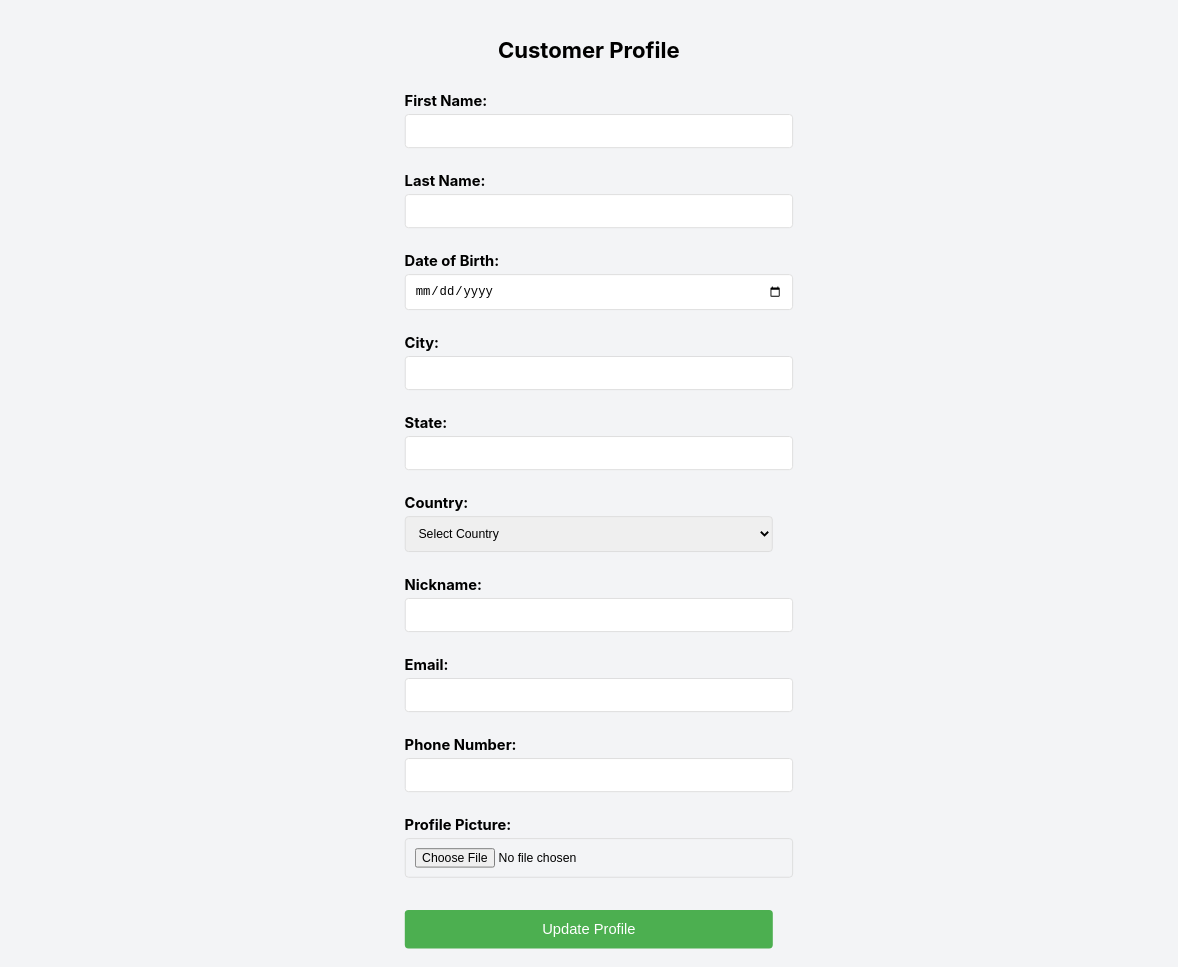
Repository: hamsaram14/dummy4
Page: /profile (app in frontend1/)
An editor plug-in stored every save of this project. The page is shown before and after a run of saves, followed by the edit.
The browser window is 1280 px wide. The pictures show the whole page, at 92% of full size.
The page's requests for data from a server got no answer. The project was rebuilt for these pictures with package versions that can differ from the ones it lists, and the page was loaded fresh each time. No one was signed in, and anything a server would have sent is missing.

Above is the page before, as saved 2024-10-11 22:22:04.

After the next 2 saves:
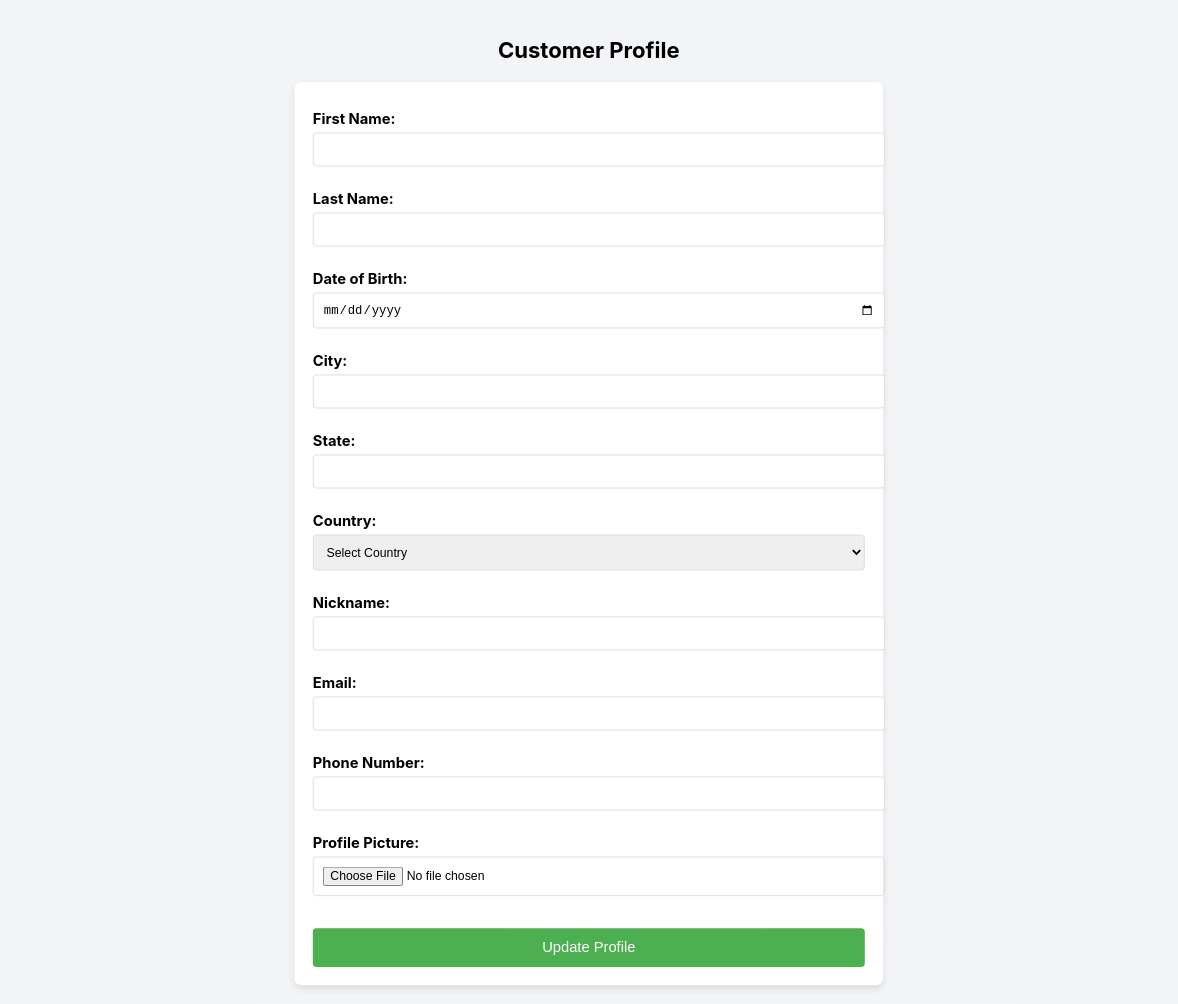
The 2 saves are shown as one change because they came seconds apart.
The last was saved 2 min 23 s later.
--- a/frontend1/src/components/ProfilePage.js
+++ b/frontend1/src/components/ProfilePage.js
@@ -70,88 +70,94 @@
         <div className="profile-page">
             <h2>Customer Profile</h2>
             {message && <p className="message">{message}</p>}
-            <form onSubmit={handleSubmit}>
-                <label>First Name:</label>
-                <input
-                    type="text"
-                    name="first_name"
-                    value={profile.first_name}
-                    onChange={handleChange}
-                />
+            <div className="profile-container">
+                <form onSubmit={handleSubmit}>
+                    <label>First Name:</label>
+                    <input
+                        type="text"
+                        name="first_name"
+                        value={profile.first_name || ''}
+                        onChange={handleChange}
+                    />
 
-                <label>Last Name:</label>
-                <input
-                    type="text"
-                    name="last_name"
-                    value={profile.last_name}
-                    onChange={handleChange}
-                />
+                    <label>Last Name:</label>
+                    <input
+                        type="text"
+                        name="last_name"
+                        value={profile.last_name || ''}
+                        onChange={handleChange}
+                    />
 
-                <label>Date of Birth:</label>
-                <input
-                    type="date"
-                    name="date_of_birth"
-                    value={profile.date_of_birth}
-                    onChange={handleChange}
-                />
+                    <label>Date of Birth:</label>
+                    <input
+                        type="date"
+                        name="date_of_birth"
+                        value={profile.date_of_birth || ''}
+                        onChange={handleChange}
+                    />
 
-                <label>City:</label>
-                <input
-                    type="text"
-                    name="city"
-                    value={profile.city}
-                    onChange={handleChange}
-                />
+                    <label>City:</label>
+                    <input
+                        type="text"
+                        name="city"
+                        value={profile.city || ''}
+                        onChange={handleChange}
+                    />
 
-                <label>State:</label>
-                <input
-                    type="text"
-                    name="state"
-                    value={profile.state}
-                    onChange={handleChange}
-                />
+                    <label>State:</label>
+                    <input
+                        type="text"
+                        name="state"
+                        value={profile.state || ''}
+                        onChange={handleChange}
+                    />
 
-                <label>Country:</label>
-                <select name="country" value={profile.country} onChange={handleChange}>
-                    <option value="">Select Country</option>
-                    {countries.map(country => (
-                        <option key={country} value={country}>{country}</option>
-                    ))}
-                </select>
+                    <label>Country:</label>
+                    <select name="country" value={profile.country || ''} onChange={handleChange}>
+                        <option value="">Select Country</option>
+                        {countries.length > 0 ? (
+                            countries.map(country => (
+                                <option key={country} value={country}>{country}</option>
+                            ))
+                        ) : (
+                            <option>Loading...</option>
+                        )}
+                    </select>
 
-                <label>Nickname:</label>
-                <input
-                    type="text"
-                    name="nickname"
-                    value={profile.nickname}
-                    onChange={handleChange}
-                />
+                    <label>Nickname:</label>
+                    <input
+                        type="text"
+                        name="nickname"
+                        value={profile.nickname || ''}
+                        onChange={handleChange}
+                    />
 
-                <label>Email:</label>
-                <input
-                    type="email"
-                    name="email"
-                    value={profile.email}
-                    onChange={handleChange}
-                />
+                    <label>Email:</label>
+                    <input
+                        type="email"
+                        name="email"
+                        value={profile.email || ''}
+                        onChange={handleChange}
+                    />
 
-                <label>Phone Number:</label>
-                <input
-                    type="text"
-                    name="phone_number"
-                    value={profile.phone_number}
-                    onChange={handleChange}
-                />
+                    <label>Phone Number:</label>
+                    <input
+                        type="text"
+                        name="phone_number"
+                        value={profile.phone_number || ''}
+                        onChange={handleChange}
+                    />
 
-                <label>Profile Picture:</label>
-                <input
-                    type="file"
-                    name="profile_picture"
-                    onChange={handleImageChange}
-                />
+                    <label>Profile Picture:</label>
+                    <input
+                        type="file"
+                        name="profile_picture"
+                        onChange={handleImageChange}
+                    />
 
-                <button type="submit">Update Profile</button>
-            </form>
+                    <button type="submit">Update Profile</button>
+                </form>
+            </div>
         </div>
     );
 }
